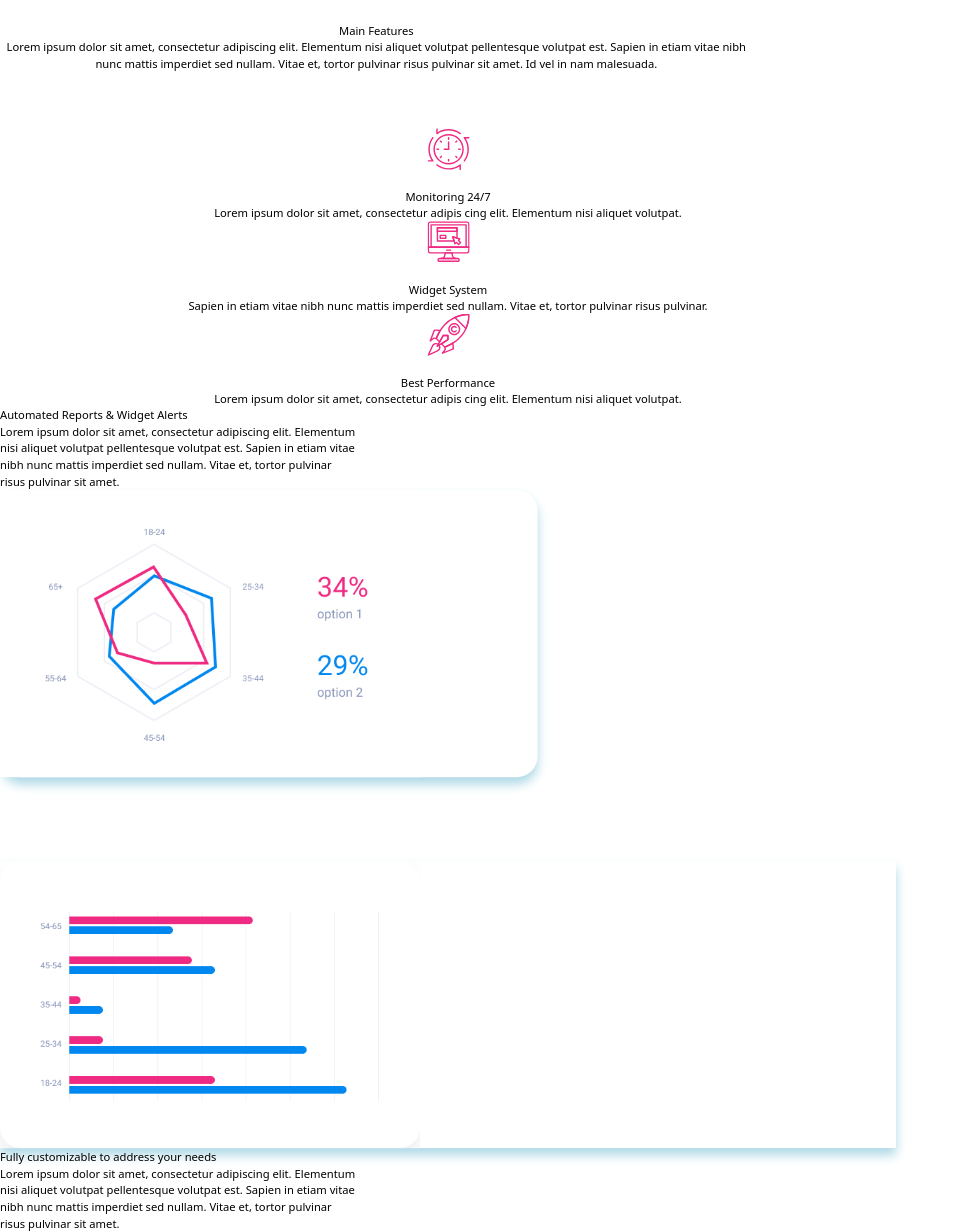
Repository: Huy-Doan-Tailwindcss/doan
Page: index.html
These files come from the project's save history. The page is drawn as it stood at one moment and after the next save; the edit follows.
The browser window is 1280 px wide. The page is 1382 px wide, so the pictures cover 1382 px, including what lies to the right of the window. The pictures show the part of the page from y = 846 to 2606 px (the page is 2606 px tall), at 70% of full size.
The style sheet was rebuilt from its Sass, Less or Tailwind sources for each picture, by a compiler version that may differ from the author's.

Above is the page before, as saved 2022-01-25 18:50:43.

After the next save:
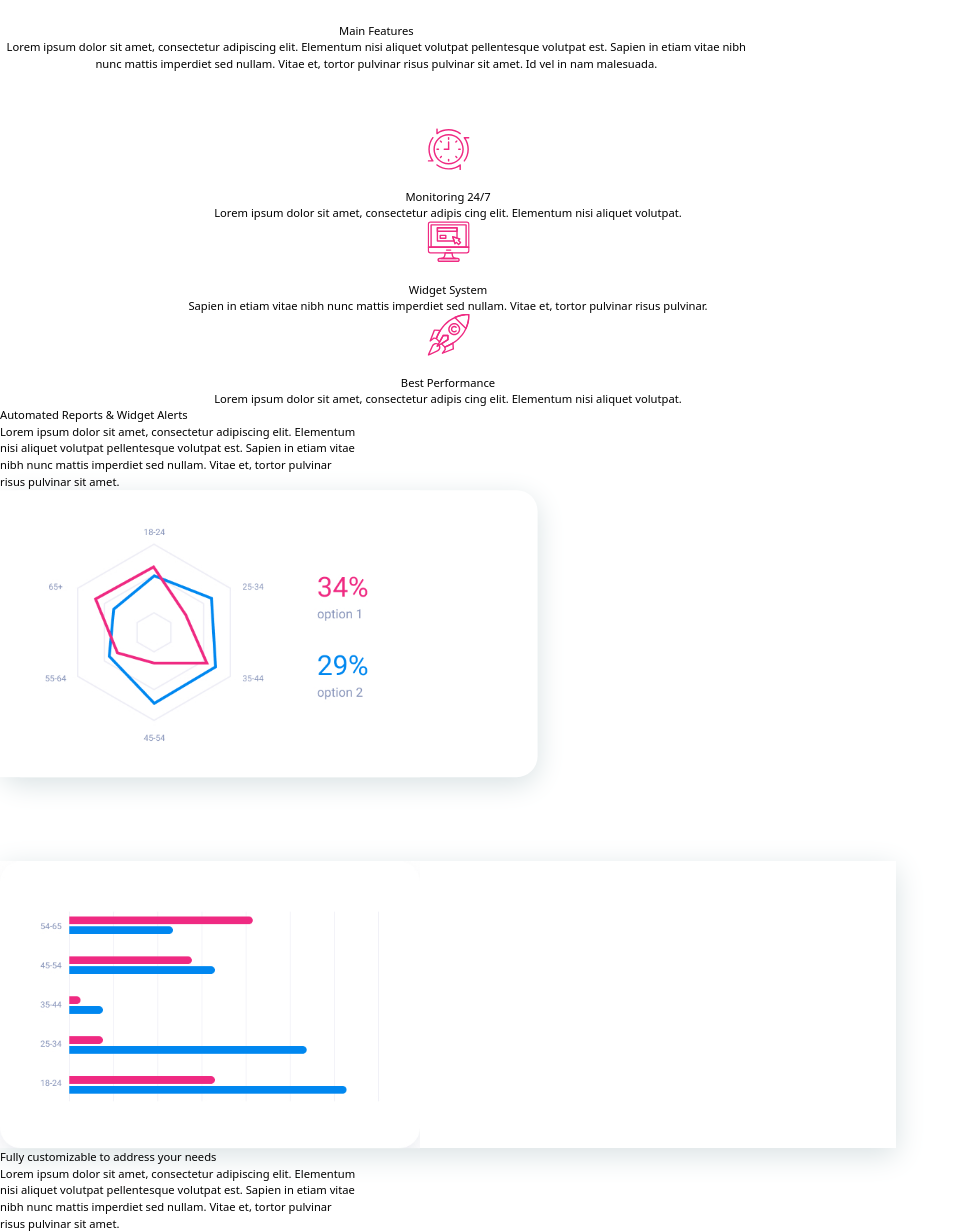
Saved 6 s later.
--- a/tailwind.config.js
+++ b/tailwind.config.js
@@ -15,7 +15,7 @@ module.exports = {
         auto: "auto"
       },
       boxShadow: {
-        blurimg: '0 10px 15px 0 lightblue'
+        blurimg: '0 10px 40px 0 #d8e1e3'
       }
     },
     fontFamily: {
